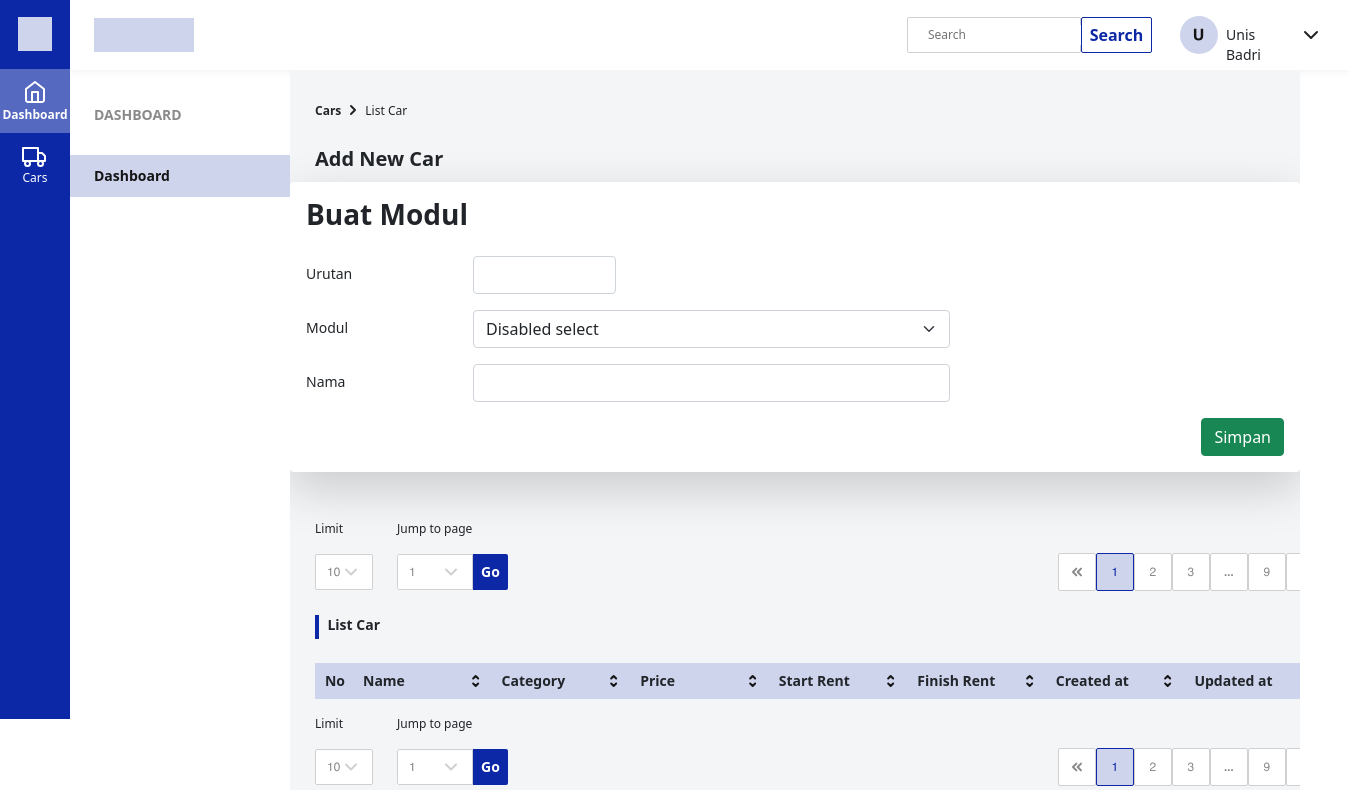
Repository: farrelmuhammad/challenge-7-binar
Page: /carlist/add
These files come from the project's save history. The page is drawn as it stood at one moment and after the next save; the edit follows.
The browser window is 1280 px wide. The page is 1350 px wide, so the pictures cover 1350 px, including what lies to the right of the window. The pictures show the whole page.
An inner scrolling area shows only its first screen. The project was rebuilt for these pictures with package versions that can differ from the ones it lists, and the page was loaded fresh each time. Also part of the build but not shown: src/component/navbar.js, src/component/header.js, src/component/footer.js, src/App.js, src/component/admin/Dashboard/index.jsx, src/pages/admin/Dashboard.js, src/component/admin/Cars/index.jsx, src/pages/admin/CarsList.js and 2 more.

Above is the page before, as saved 2022-05-27 21:04:19.

### src/index.css
body {
  font-family: Helvetica Neue, Helvetica, Arial, sans-serif;
  font-style: normal;
  font-weight: normal;
  font-size: 14px;
  line-height: 20px;
  margin: 0;
  padding: 0;
}

h1,
h2,
h3,
h4,
h5 {
  line-height: 150%;
}

.header{
  background-color: #F1F3FF;
}

.footer i {
  color: #0D28A6;
  font-size: x-large;
}

.bg-darkblue{
  background-color: #0D28A6;
}

.logo {
  background-color: #0D28A6;
  width: 100px;
  height: 34px;
}

code {
  font-family: source-code-pro, Menlo, Monaco, Consolas, 'Courier New',
    monospace;
}

.card-cari {
  width: 1047px;
  /* height: 106px; */
  margin-top: -50px;
  z-index: 2;
}
.button-cari {
  width: 92px !important;
  margin-top: 30px;
  height: 36px;
}
.activeCari {
  height: 100%;
  width: 0;
  position: fixed;
  z-index: 2;
  top: 0;
  left: 0;
  background-color: rgba(0, 0, 0, 0.5);
  overflow-x: hidden;
  transition: 0.5s;
  padding-top: 34px;
}

### src/component/admin/Navbar.jsx
import { Link } from 'react-router-dom';
import './Navbar.css';

const Navbar = () => {
  return (
    <header>
      {/* navbar top */}
      <div className="nav-top navbar">
        <div className="logo"></div>
        <span
          className="icon-menu iconify"
          data-icon="charm:menu-hamburger"
          data-width="24"
        ></span>
        <form className="nav-search d-flex">
          <div className="box-search">
            <span
              className="iconify"
              data-icon="akar-icons:search"
              data-width="18"
            ></span>
            <input type="search" placeholder="Search" />
          </div>
          <button className="button-search" type="submit">
            Search
          </button>
        </form>
        <div className="profile">
          <img src="img/profile.svg" alt="profile" />
          <p>Unis Badri</p>
          <img className="dropdown" src="img/dropdown.svg" alt="dropdown" />
        </div>
      </div>

      {/* navbar side */}
      <div className="nav-side">
        <div className="nav-blue">
          <div className="square"></div>
          <div className="frame-menu">
            <div className="dash-img" id="active">
              <a href="/dashboard">
                <img src="/img/dashboard.svg" alt="dashboard" />
              </a>
              <a href="/dashboard">Dashboard</a>
            </div>
            <div className="dash-img">
              <Link to="/carlist">
              <a>
                <img src="/img/cars.svg" alt="cars" />
                Cars
              </a>
              </Link>
            </div>
          </div>
        </div>
        <div className="nav-white">
          <div className="title-menu">
            <h1>DASHBOARD</h1>
          </div>
          <div className="list-menu">
            <h1>Dashboard</h1>
          </div>
        </div>
      </div>
    </header>
  );
};

export default Navbar;

### src/component/admin/Cars/add/index.jsx
import React from 'react'

export const AddCar = () => {
  return (
    <>
            <div className="content">
                <div className="breadcrumb">
                <h1>Cars</h1>
                <img src="../img/arrow-right.svg" alt="arrow-right" />
                <p>List Car</p>
                </div>
                <div className="col">
                    <h1 className="title-h1">Add New Car</h1>
                </div>



                <form className="form-input shadow-lg p-3 mb-5 bg-body rounded">
                    <div className="text-title text-start mb-4">
                        <h3 className="title fw-bold">Buat Modul</h3>
                    </div>
                        <div className="row mb-3">
                            <label for="inputKode3" className="col-sm-2 col-form-label">Urutan</label>
                            <div className="col-sm-2">
                            <input type="kode" className="form-control" id="inputKode3"/>
                            </div>
                        </div>
                        <div className="row mb-3">
                            <label for="inputNama3" className="col-sm-2 col-form-label">Modul</label>
                            <div className="col-sm-6">
                                <select id="disabledSelect" className="form-select">
                                    <option>Disabled select</option>
                                </select>
                            </div>
                        </div>
                        <div className="row mb-3">
                            <label for="inputPassword3" className="col-sm-2 col-form-label">Nama</label>
                            <div className="col-sm-6">
                            <input type="kode" className="form-control" id="inputKode3"/>
                            </div>
                        </div>
                        <div className="d-grid gap-2 d-md-flex justify-content-md-end">
                            <button className="btn btn-success" type="button">Simpan</button>
                        </div>
                </form>

                {/* table navigation */}
                <div className="table-nav">
                <div className="limit-nav">
                    <p>Limit</p>
                    <img src="../img/form-drop.svg" alt="form-drop" />
                </div>
                <div className="jump-nav">
                    <p>Jump to page</p>
                    <img src="../img/form-drop-2.svg" alt="form-drop-2" />
                </div>
                <div className="go-nav">
                    <h1>Go</h1>
                </div>
                <div className="page-number">
                    <img src="../img/page-number.svg" alt="page-number" />
                </div>
                </div>

                <div className="list-car">
                <img src="../img/line-blue.svg" alt="" />
                <h1>List Car</h1>
                </div>
                {/* car table */}
                <div className="list-table">
                <table className="table table-borderless">
                    <thead>
                    <tr>
                        <th style={{ textAlign: "center" }}>No</th>
                        <th>
                        Name
                        <img className="sort" src="img/sort.svg" alt="sort" />
                        </th>
                        <th>
                        Category
                        <img className="sort" src="img/sort.svg" alt="sort" />
                        </th>
                        <th>
                        Price
                        <img className="sort" src="img/sort.svg" alt="sort" />
                        </th>
                        <th>
                        Start Rent
                        <img className="sort" src="img/sort.svg" alt="sort" />
                        </th>
                        <th>
                        Finish Rent
                        <img className="sort" src="img/sort.svg" alt="sort" />
                        </th>
                        <th>
                        Created at
                        <img className="sort" src="img/sort.svg" alt="sort" />
                        </th>
                        <th>
                        Updated at
                        <img className="sort" src="img/sort.svg" alt="sort" />
                        </th>
                    </tr>
                    </thead>
                    <tbody>
                    {/* {dataCarAdmin?.map((car, i) => (
                        <>
                        <tr>
                            <td key={car.id} style={{ textAlign: "center" }}>
                            {i + 1}
                            </td>
                            <td>{car.name}</td>
                            <td>{car.category}</td>
                            <td>{car.price}</td>
                            <td>{car.start_rent_at}</td>
                            <td>{car.finish_rent_at}</td>
                            <td>{car.createdAt}</td>
                            <td>{car.updatedAt}</td>
                        </tr>
                        </>
                    ))} */}
                    </tbody>
                </table>
                </div>

                {/* table navigation */}
                <div className="table-nav">
                <div className="limit-nav">
                    <p>Limit</p>
                    <img src="img/form-drop.svg" alt="form-drop" />
                </div>
                <div className="jump-nav">
                    <p>Jump to page</p>
                    <img src="img/form-drop-2.svg" alt="form-drop-2" />
                </div>
                <div className="go-nav">
                    <h1>Go</h1>
                </div>
                <div className="page-number">
                    <img src="img/page-number.svg" alt="page-number" />
                </div>
                </div>
            </div>
            </>
  )
}

export default AddCar

### src/component/admin/Navbar.css
h1 {
    font-size: 14px;
    line-height: 20px;
}

header .nav-top {
    position: absolute;
    width: 1280px;
    height: 70px;
    left: 70px;
    right: 0;
    top: 0px;
    box-shadow: 0px 2px 8px rgba(0, 0, 0, 0.05);
}

header .nav-top .logo {
    position: absolute;
    width: 100px;
    height: 34px;
    left: 24px;
    top: 18px;
    background: #CFD4ED;
}

header .nav-top .icon-menu {
    position: absolute;
    width: 24px;
    height: 24px;
    left: 244px;
    top: 23px;
}

header .nav-top .nav-search {
    display: flex;
    flex-direction: row;
    align-items: flex-start;
    padding: 0px;
    position: absolute;
    width: 245px;
    height: 36px;
    left: 837px;
    top: 17px;
}

header .nav-top .nav-search .box-search {
    display: flex;
    flex-direction: row;
    align-items: center;
    padding-left: 12px;
    width: 174px;
    height: 36px;
    border: 1px solid #D0D0D0;
    border-radius: 2px;
    font-size: 12px;
    line-height: 18px;
    color: #8A8A8A;
}

header .nav-top .nav-search .box-search > input {
    border: none;
    outline: none;
    padding-left: 8px;
}

header .nav-top .nav-search .button-search {
    display: flex;
    flex-direction: row;
    justify-content: center;
    align-items: center;
    padding: 8px 12px;
    width: 71px;
    height: 36px;
    background-color: white;
    border: 1px solid #0D28A6;
    border-radius: 2px;
    font-weight: 700;
    color:#0D28A6;
}

header .nav-top .profile {
    display: flex;
    flex-direction: row;
    align-items: center;
    position: absolute;
    width: 143px;
    height: 38px;
    left: 1110px;
    right: 24px;
    top: 16px;
}

header .nav-top .profile > p {
    position: absolute;
    width: 65px;
    height: 20px;
    left: 46px;
    top: 9px;
    font-weight: 400;
    font-size: 14px;
    line-height: 20px;
}

header .nav-top .profile .dropdown {
    position: absolute;
    width: 24px;
    height: 24px;
    left: 119px;
    top: 7px;
}

header .nav-side {
    position: absolute;
    width: 290px;
    height: 100%;
    left: 0px;
    top: -1px;
}

header .nav-side .nav-blue {
    position: absolute;
    left: 0%;
    right: 75.86%;
    top: 0%;
    bottom: 0%;
    background: #0D28A6;
}

header .nav-side .nav-blue .square {
    position: absolute;
    width: 34px;
    height: 34px;
    left: 18px;
    top: 18px;
    background: #CFD4ED;
}

header .nav-side .nav-blue .frame-menu {
    display: flex;
    flex-direction: column;
    align-items: flex-start;
    padding: 0px;
    position: absolute;
    width: 70px;
    height: 128px;
    left: 0px;
    top: 70px;
}

header .nav-side .nav-blue .frame-menu .dash-img {
    display: flex;
    flex-direction: column;
    justify-content: center;
    align-items: center;
    padding: 20px 23px;
    position: static;
    width: 70px;
    height: 64px;
    left: 0px;
    top: 0px;
}

#active {
    font-weight: 700;
    background: rgba(255, 255, 255, 0.3);
}

header .nav-side .nav-blue .frame-menu .dash-img a {
    font-size: 12px;
    line-height: 18px;
    margin-top: 2px;
    text-decoration: none;
    color: white;
}

header .nav-side .nav-blue img:last-child {
    margin-top: 0;
}

header .nav-side .nav-white {
    position: absolute;
    left: 24.14%;
    right: 0%;
    top: 7.76%;
    bottom: 0.22%;
}

header .nav-side .nav-white .title-menu {
    position: absolute;
    width: 220px;
    height: 42px;
    left: 24px;
    top: 50px;
}

header .title-menu h1 {
    font-weight: 700;
    color: #8A8A8A;
    left: 24px;
}

header .nav-side .nav-white .list-menu {
    position: static;
    margin-top: 100px;
    width: 220px;
    height: 42px;
    padding: 11px 24px;
    background: #CFD4ED;
}

header .list-menu h1 {
    font-weight: 700;
    color: #151515;
    left: 24px;
}

### src/component/admin/Dashboard/Content.css
.content {
    position: absolute;
    overflow: auto;
    left: 290px;
    top: 70px;
    /* width: 1280px; */
    height: 100%;
    background: #F4F5F7;
    font-size: 14px;
    line-height: 20px;
}

.content .breadcrumb {
    position: absolute;
    width: 300px;
    height: 18px;
    left: 25px;
    top: 32px;
}

.content .breadcrumb > h1 {
    font-size: 12px;
    line-height: 18px;
    font-weight: 700;
}

.content .breadcrumb > p {
    font-size: 12px;
    line-height: 18px;
    font-weight: 300;
}

.content .breadcrumb > img {
    width: 16px;
    height: 16px;
    margin-left: 4px;
    margin-right: 4px;
}

.content .title-h1 {
    font-size: 20px;
    line-height: 30px;
    font-weight: 700;
    margin-left: 25px;
    margin-top:74px;
}

.content .list-order {
    margin-top: 24px;
    position: absolute;
    width: 79px;
    height: 24px;
    margin-left: 25px;
}

.content .list-order > img {
    width: 4px;
    height: 24px;
}

.content .list-order > h1 {
    float: right;
    font-weight: 700;
    margin-left: 8px;
}

.content .list-table table {
    margin-left: 25px;
    margin-top: 72px;
    width: 100%;
    table-layout: fixed;
    background-color: white;
    border: 1px solid none;
    border-radius: 2px;
}

.content .list-table table thead {
    background-color: rgba(207, 212, 237, 1);
    font-weight: 700;
}

.content .list-table table thead th:first-child {
    width: 40px;
}

.content .list-table table thead th > img {
    float: right;
}

.content .table-nav {
    display: flex;
    flex-direction: row;
    width: 1010px;
    font-size: 12px;
    line-height: 18px;
    font-weight: 300;
}

.content .table-nav .limit-nav{
    margin-left: 25px;
}

.content .table-nav .limit-nav p {
    font-size: 12px;
    line-height: 18px;
}

.content .table-nav .jump-nav {
    margin-left: 24px;
}

.content .table-nav .jump-nav p {
    font-size: 12px;
    line-height: 18px;
}

.content .table-nav .go-nav {
    width: 43px;
    height: 36px;
    margin-top: 34px;
    background: #0D28A6;
    border-radius: 0px 2px 2px 0px;
}

.content .table-nav .go-nav > h1 {
    text-align: center;
    font-weight: bold;
    color: white;
    padding: 8px 8px;
}

.content .table-nav .page-number {
    margin-top: 33px;
    margin-left: 550px;
}

.content .list-car {
    margin-top: 24px;
    position: absolute;
    width: 65px;
    height: 24px;
    margin-left: 25px;
}

.content .list-car > img {
    width: 4px;
    height: 24px;
}

.content .list-car > h1 {
    float: right;
    font-weight: 700;
    margin-left: 8px;
}

.content .title-button-car {
    display: inline-flex;
}

.content .title-button-car > h1 {
    margin-right: 800px;
}

.content .title-button-car > a img {
    margin-top: 74px;
}

.content .button-category {
    margin-top: 24px;
    margin-left: 8px;
    display: inline-flex;
}

.content .button-category img {
    margin-left: 16px;
}

.content .cars-card {
    width: 320px;
    height: 482px;
    margin-left: 25px;
    margin-top: 24px;
    box-shadow: 0px 0px 4px rgba(0, 0, 0, 0.15);
    border-radius: 8px;
}

.content .cars-card .card-img-top {
    width: 270px;
    height: 160px;
    margin: auto;
    margin-top: 55px;
}

.content .cars-card .card-body {
    padding: 24px;
}

.content .cars-card .card-body .bold-h1 {
    font-weight: 700;
    font-size: 16px;
    line-height: 24px;
    margin-bottom: 0;
}

.content .cars-card .card-body-text {
    display: inline-flex;
    width: 303px;
    height: 20px;
    margin-top: 16px;
}

.content .cars-card .card-body-text img {
    margin-right: 8px;
    width: 20px;
    height: 20px;
}

.content .cars-card .button-card {
    display: inline-flex;
    margin-left: 8px;
    margin-top: 24px;
}

.content .cars-card .button-card img {
    width: 120px;
}

.content .cars-card .button-card img:last-child {
    margin-left: 16px;
}

.content .form-add-new-car {
    width: 1010px;
    height: 350px;
    background: white;
    margin-top: 32px;
    margin-left: 25px;
}

.content .form-add-new-car .content-form {
    padding-top: 16px;
    padding-left: 25px;
    font-weight: 300;
    font-size: 12px;
    line-height: 18px;
}

.content .form-add-new-car .content-form label {
    width: 147px;
}

.content .form-add-new-car .content-form input {
    width: 339px;
    height:auto;
    border: 1px solid #D0D0D0;
    border-radius: 2px;
    color: #8A8A8A;
    font-weight: 300;
    font-size: 12px;
    line-height: 18px;
}

.content .form-add-new-car .content-form .content-box {
    margin-left: 4px;
}

.content .form-add-new-car .content-h1 h1 {
    display: inline-flex;
    margin-left: 25px;
    margin-top: 16px;
    font-weight: 300;
    font-size: 12px;
    line-height: 18px;
}

.content .form-add-new-car .content-h1 h1:first-child {
    width: 147px;
}

.content .form-add-new-car .content-h1 h1:last-child {
    margin-left: 8px;
}

.content .button-form {
    display: inline-flex;
    margin-left: 9px;
}

.content .button-form img {
    margin-left: 16px;
    margin-top: 282px;
    margin-bottom: 40px;
}

Loaded but not shown: public/index.html (common file); src/app/store.js (common file); src/reportWebVitals.js (common file); src/features/counter/counterAPI.js (common file); src/features/counter/counterSlice.js (73 lines, source omitted); src/Routes.js (25 lines, source omitted); src/index.js (26 lines, source omitted); src/pages/admin/AddCar.js (14 lines, source omitted); src/component/admin/Cars/Content.css (338 lines, source omitted)

After the next save:
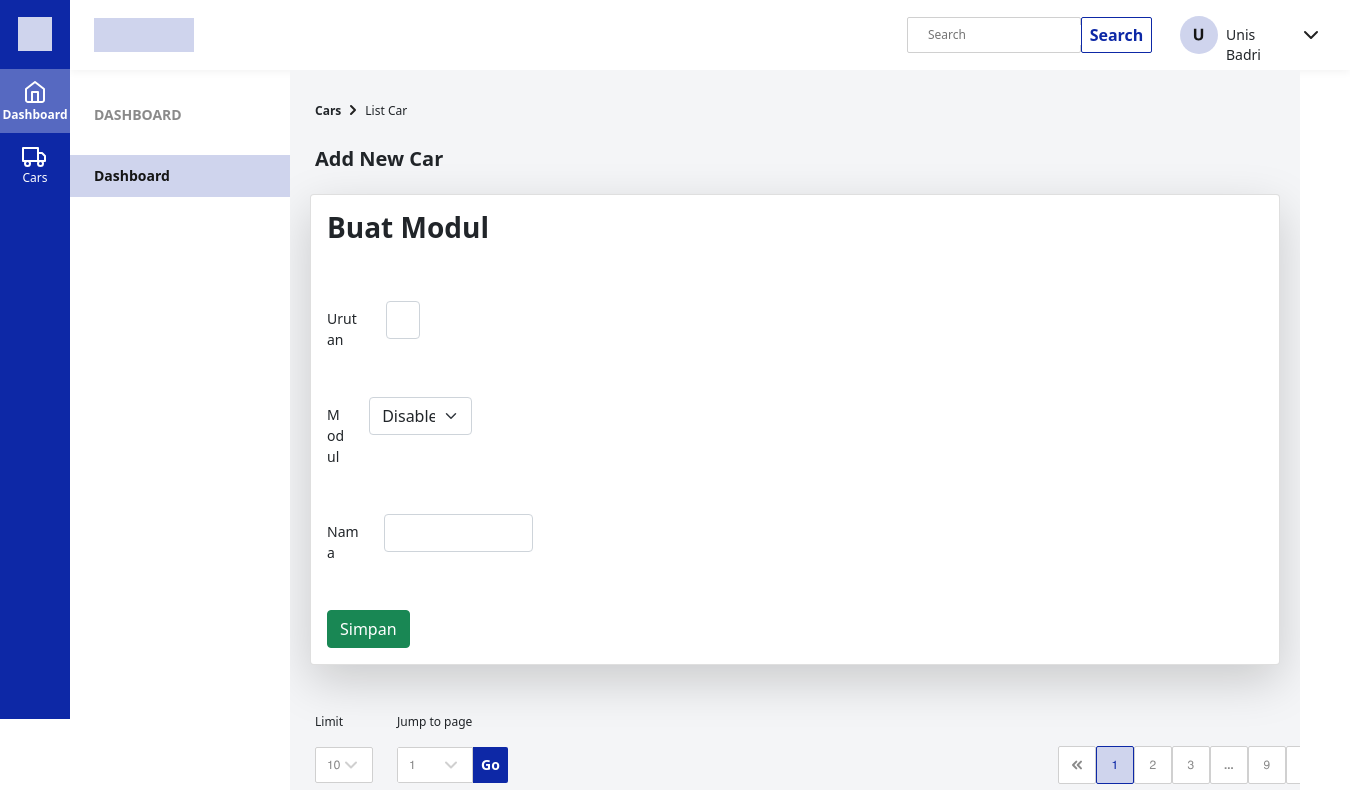
Saved 9 s later.
--- a/src/component/admin/Cars/add/index.jsx
+++ b/src/component/admin/Cars/add/index.jsx
@@ -15,7 +15,7 @@ export const AddCar = () => {
 
 
 
-                <form className="form-input shadow-lg p-3 mb-5 bg-body rounded">
+                <form className="card shadow-lg p-3 mb-5 bg-body rounded">
                     <div className="text-title text-start mb-4">
                         <h3 className="title fw-bold">Buat Modul</h3>
                     </div>
